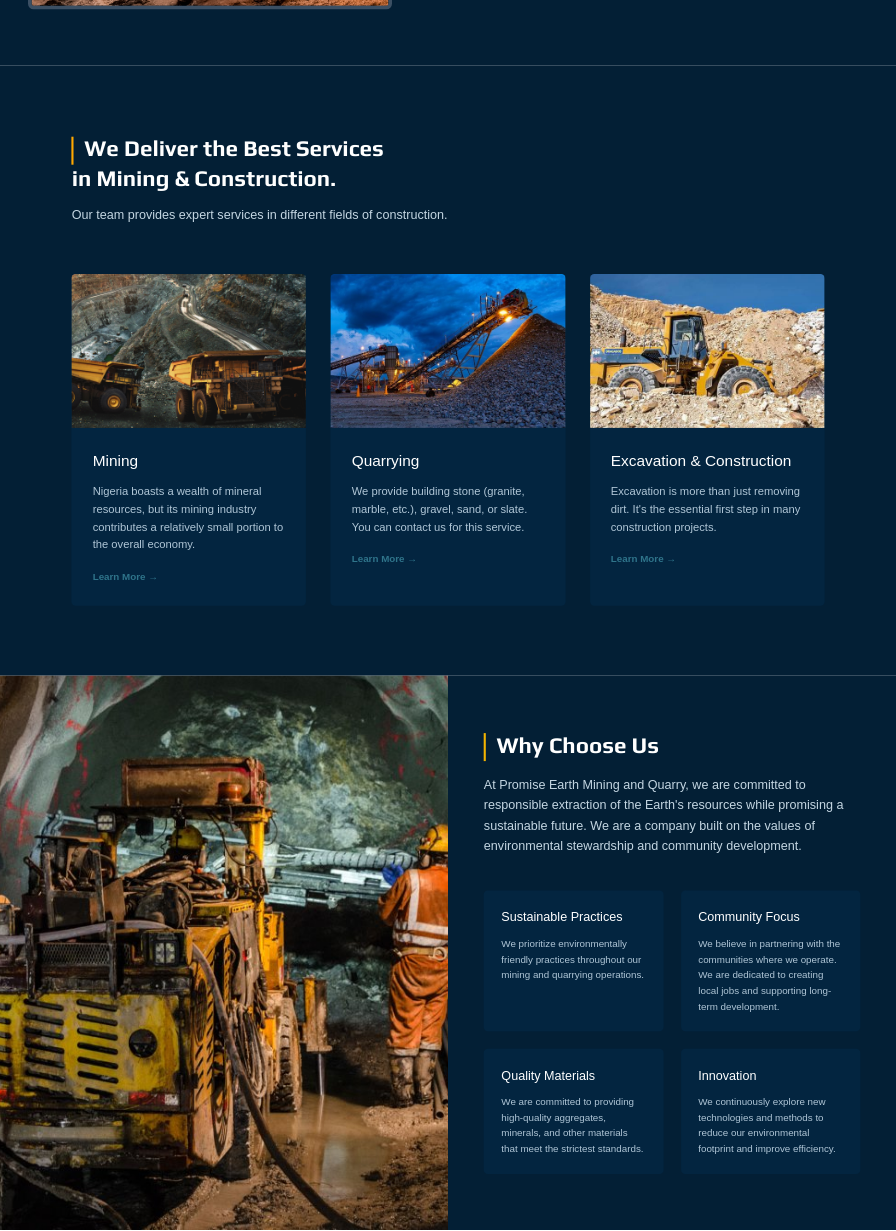
Repository: KC-Minchakpu/promise-earth
Page: /
The author's editor kept a copy of each file at every save. The page is drawn from the files as they stood at one save, then again after the next save.
The browser window is 1280 px wide. The pictures show the part of the page from y = 1455 to 3375 px (the page is 3213 px tall before and 3375 px after), at 70% of full size.
The project was rebuilt for these pictures with package versions that can differ from the ones it lists, and the page was loaded fresh each time. The framework's server and built-in components were replaced by stand-ins that run in the browser. Also part of the build but not shown: next.config.ts.

Above is the page before, as saved 2026-02-26 16:44:08.

After the next save:
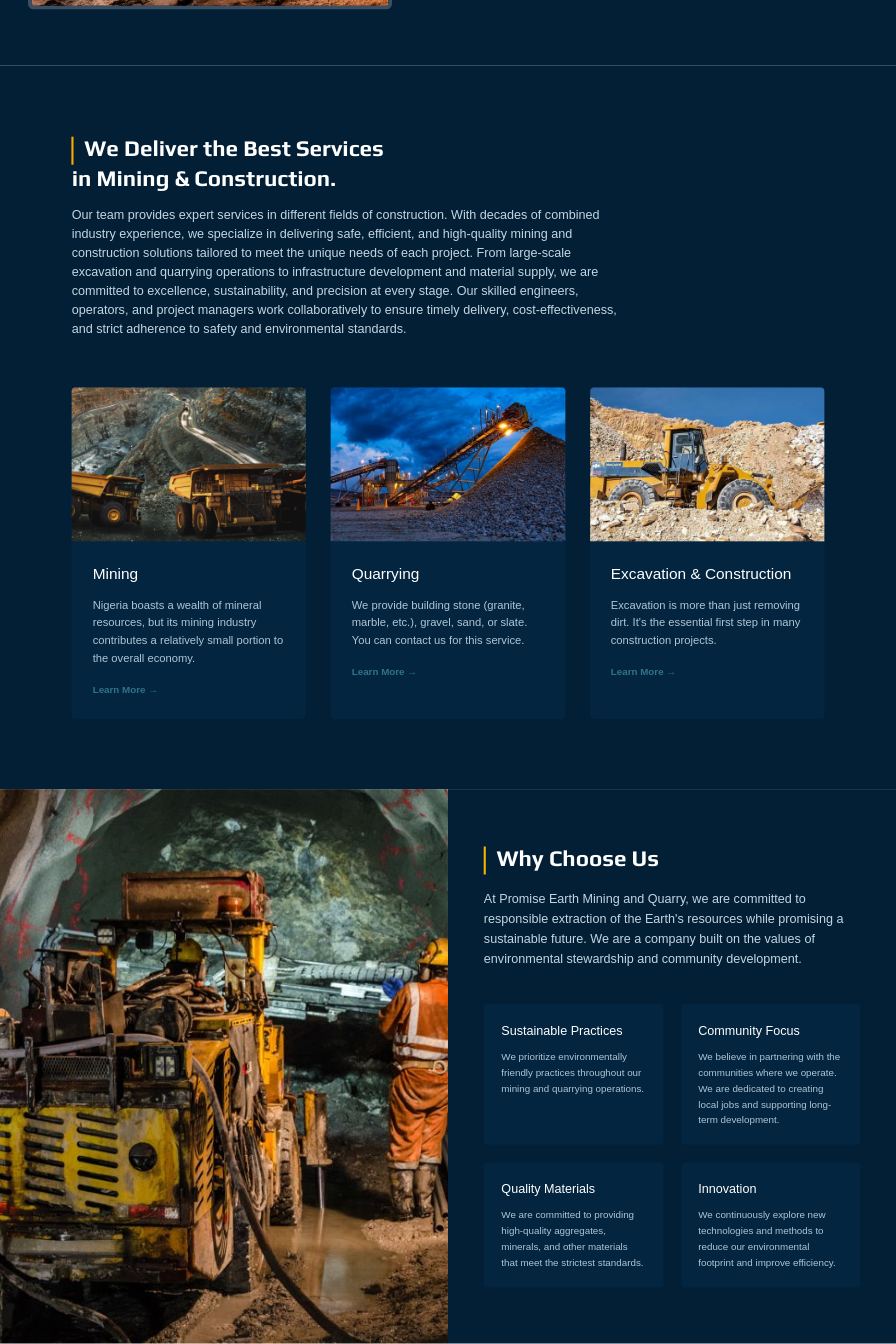
Saved 102 s later.
--- a/src/components/Services/ServicesSection.tsx
+++ b/src/components/Services/ServicesSection.tsx
@@ -40,8 +40,14 @@ export default function ServicesSection() {
             We Deliver the Best Services <br /> in Mining & Construction.
           </h2>
           <p>
-            Our team provides expert services in different fields of
-            construction.
+            Our team provides expert services in different fields of construction. With decades of
+            combined industry experience, we specialize in delivering safe, efficient, and high-quality
+            mining and construction solutions tailored to meet the unique needs of each project.
+            From large-scale excavation and quarrying operations to infrastructure development
+            and material supply, we are committed to excellence, sustainability, and precision
+            at every stage. Our skilled engineers, operators, and project managers work collaboratively
+            to ensure timely delivery, cost-effectiveness, and strict adherence to safety and
+            environmental standards.
           </p>
         </div>
 
